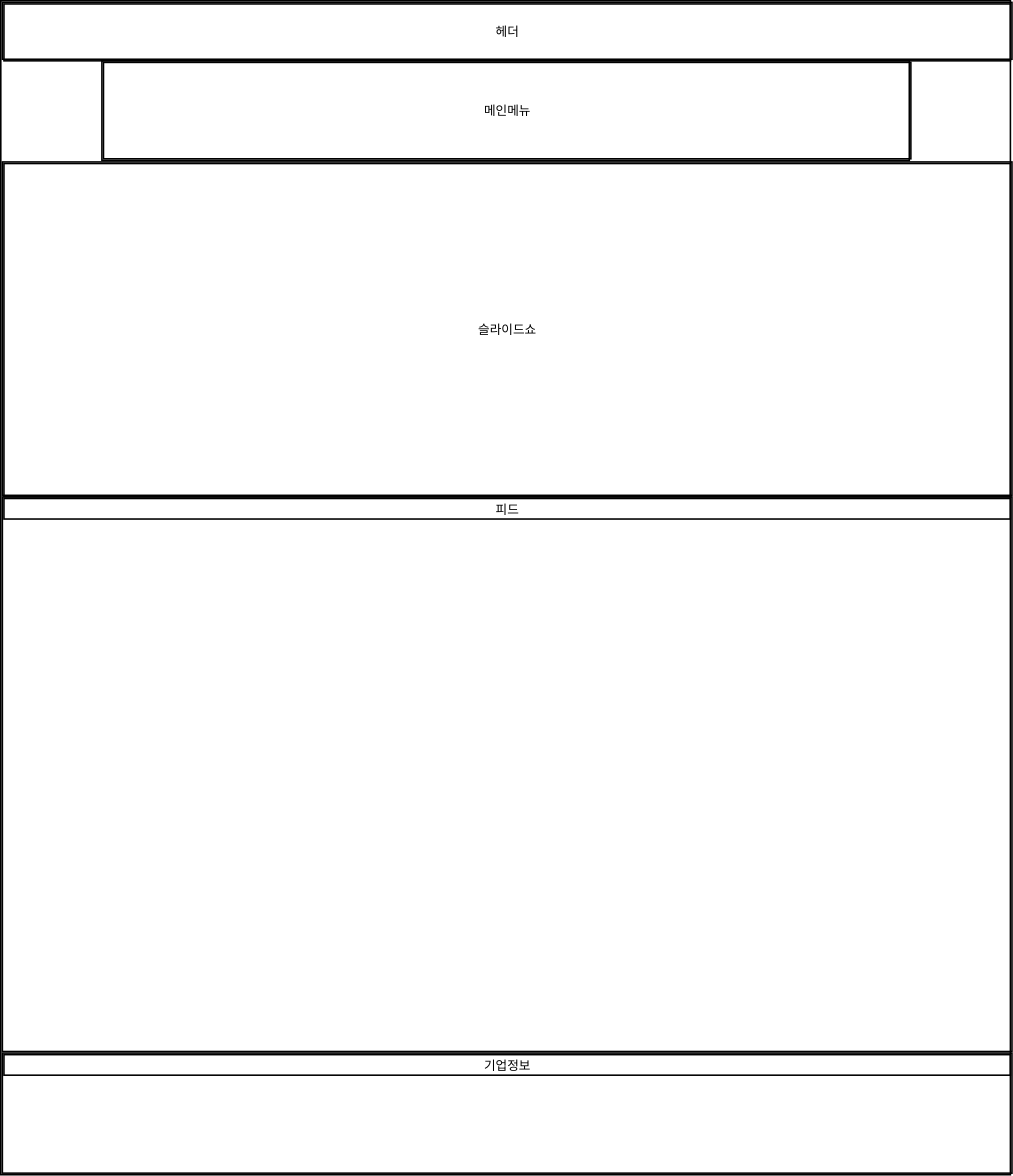
Repository: JHooniie/mini-Project
Page: http://localhost/Project-UIUX/index.jsp
An editor plug-in stored every save of this project. The page is shown before and after the next save, followed by the edit.
The browser window is 1280 px wide. The page is 1282 px wide, so the pictures cover 1282 px, including what lies to the right of the window. The pictures show the whole page, at 79% of full size.
The page is served by Tomcat 9.

Above is the page before, as saved 2022-07-02 08:39:01.

### Project-UIUX/src/main/webapp/index.jsp
<%@ page language="java" contentType="text/html; charset=UTF-8"
    pageEncoding="UTF-8"%>
<% request.setCharacterEncoding("UTF-8");%>
<!DOCTYPE html>
<html>
	<head>
		<meta charset="UTF-8">
		<title>Insert title here</title>
		<link rel="stylesheet" type="text/css" href="css/common.css">
		<link rel="stylesheet" type="text/css" href="css/menu.css">
		<link rel="stylesheet" type="text/css" href="css/index.css">
		<script src="js/jquery-3.6.0.min.js"></script>
		<script src="js/mainPage/subMenu.js"></script>
	</head>
	<body>
	<div id="wrap">
	<header>
		<div id="top-headBox">
			<div>
			헤더
			</div>
	 	</div>
	</header>
	 <nav>
		<div id="menuBox">
			<div id="mainMenuBox">
			메인메뉴
			</div>
			<div id="subMenuBox">
			서브메뉴
			</div>
	 	</div>
	 </nav>
	 <section>
	 	<article>
		<div id="slideBox">
			<div>
			슬라이드쇼
			</div>
	 	</div>
	 	</article>
	 	<article>
		<div id="feed">
			<div>
			피드
			</div>
	 	</div>
	 	</article>
	 </section>
	 <footer>
	 	<div id="ent-info">
			<div>
			기업정보
			</div>
	 	</div>
	 </footer>
	</div>
	</body>
</html>

### Project-UIUX/src/main/webapp/css/common.css
@charset "UTF-8";

*{
	margin:0;
	padding:0;
	text-align:center;
		}

wrap {
	position:relative;
	margin:0;
		}

### Project-UIUX/src/main/webapp/css/index.css
@charset "UTF-8";

div {
	border:solid black 2px;
}

ul {
	type:none;
}
/*******************탑 박스***********************/
#top-headBox{
	width:100%;
	height:70px;
	line-height:70px;
	margin:0;
}
/********************메뉴박스***********************/
#menuBox{
	position:relative;
	width:80%;
	margin:0 auto;
}

#mainMenuBox{
	position:relative;
	width:100%;
	height:120px;
	line-height:120px;
	margin:0;
}

#subMenuBox{
	position:absolute;
	width:100%;
	height:220px;
	z-index:10;
	margin:0;
	visibility:hidden;

}

/*******************섹션*************************/
#slideBox{
	position:relative;
	width:100%;
	height:420px;
	line-height:420px;
	margin:0;
}

#feed{
	position:relative;
	width:100%;
	height:700px;
	margin:0;
}

/*****************footer************************/

#ent-info{
	position:relative;
	width:100%;
	height:150px;
	margin:0;
}

### Project-UIUX/src/main/webapp/js/mainPage/subMenu.js
/**
 *
 */
 $(document).ready(function() {
  $('#mainMenuBox').hover(function(){
						$('#subMenuBox').css('visibility', 'visible');
						},
						function(){
						$('#subMenuBox').css('visibility', 'hidden');
						});
});

Loaded but not shown: Project-UIUX/src/main/webapp/css/menu.css (common file); Project-UIUX/src/main/webapp/js/jquery-3.6.0.min.js (library)

After the next save:
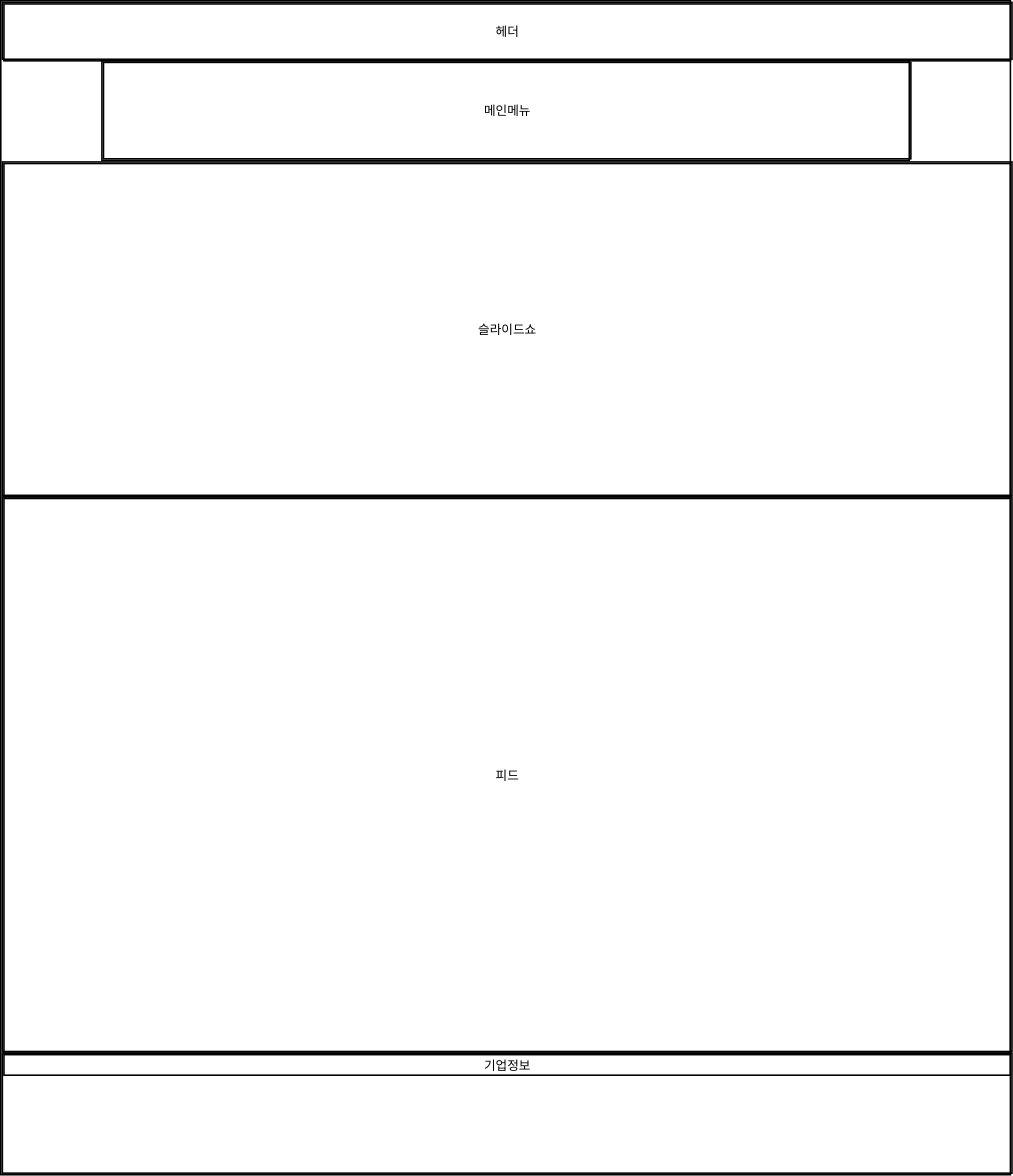
Saved 12 s later.
--- a/Project-UIUX/src/main/webapp/css/index.css
+++ b/Project-UIUX/src/main/webapp/css/index.css
@@ -52,6 +52,7 @@ ul {
 	position:relative;
 	width:100%;
 	height:700px;
+	line-height:700px;
 	margin:0;
 }
 
